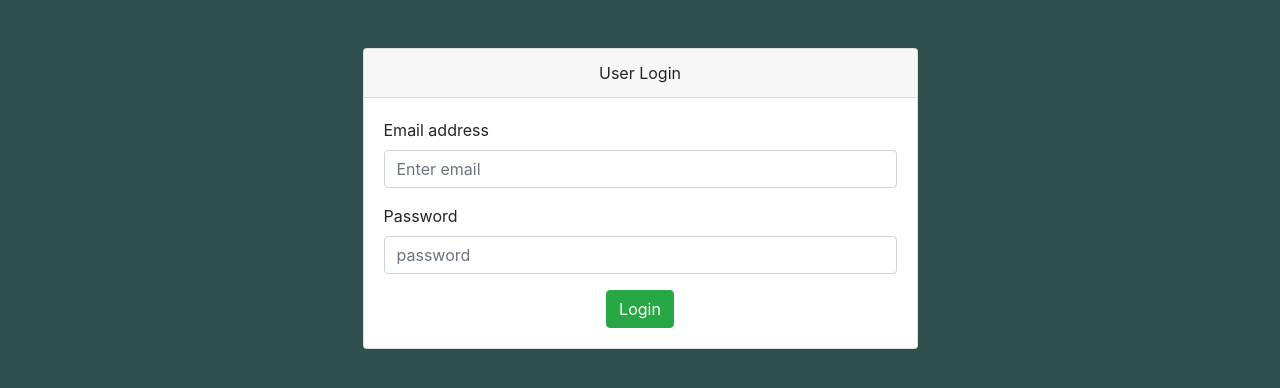
Repository: saivihari07/Advance-Java-Servlets-Jsp-
Page: http://localhost/Project/Login.jsp
The author's editor kept a copy of each file at every save. The page is drawn from the files as they stood at one save, then again after the next save.
The browser window is 1280 px wide. The pictures show the whole page.
Some web libraries are served in a nearby version. The page is served by Tomcat 9.

Above is the page before, as saved 2021-12-27 08:07:28.

After the next save:
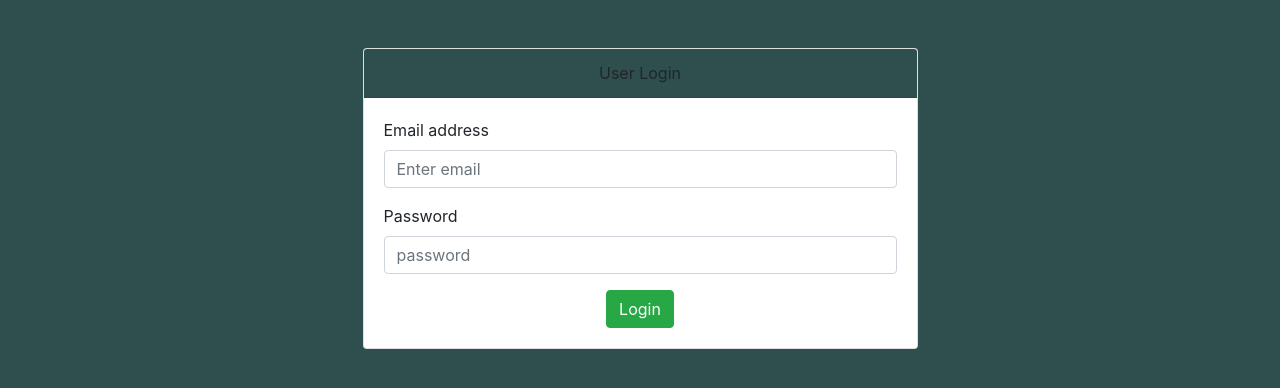
Saved 15 s later.
--- a/Servlets/Web-Application/Project/WebContent/Login.jsp
+++ b/Servlets/Web-Application/Project/WebContent/Login.jsp
@@ -10,7 +10,7 @@
 <body style="background: #2F4F4F">
 	<div class="container">
 		<div class="card w-50 mx-auto my-5">
-			<div class="card-header text-center" style=""background: #2F4F4F"">User Login</div>
+			<div class="card-header text-center" style="background: #2F4F4F">User Login</div>
 			<div class="card-body">
 				<form action="user-login" method="post">
 					<div class="form-group">
